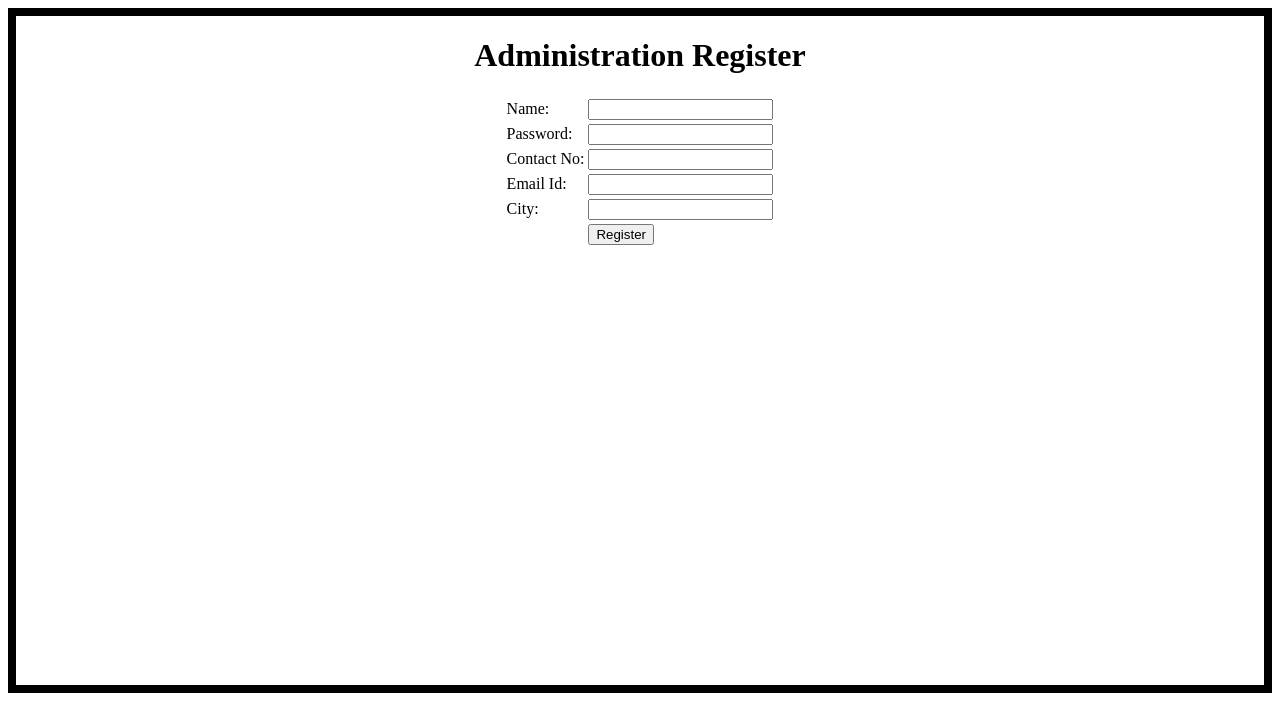
Repository: priyankagit8692/Phase_2_SimpliLearn-
Page: http://localhost/LearnerAcademyProject/AdminRegistration.jsp
These files come from the project's save history. The page is drawn as it stood at one moment and after the next save; the edit follows.
The browser window is 1280 px wide. The pictures show the whole page.
The page is served by Tomcat 9.

Above is the page before, as saved 2021-03-20 06:44:30.

After the next save:
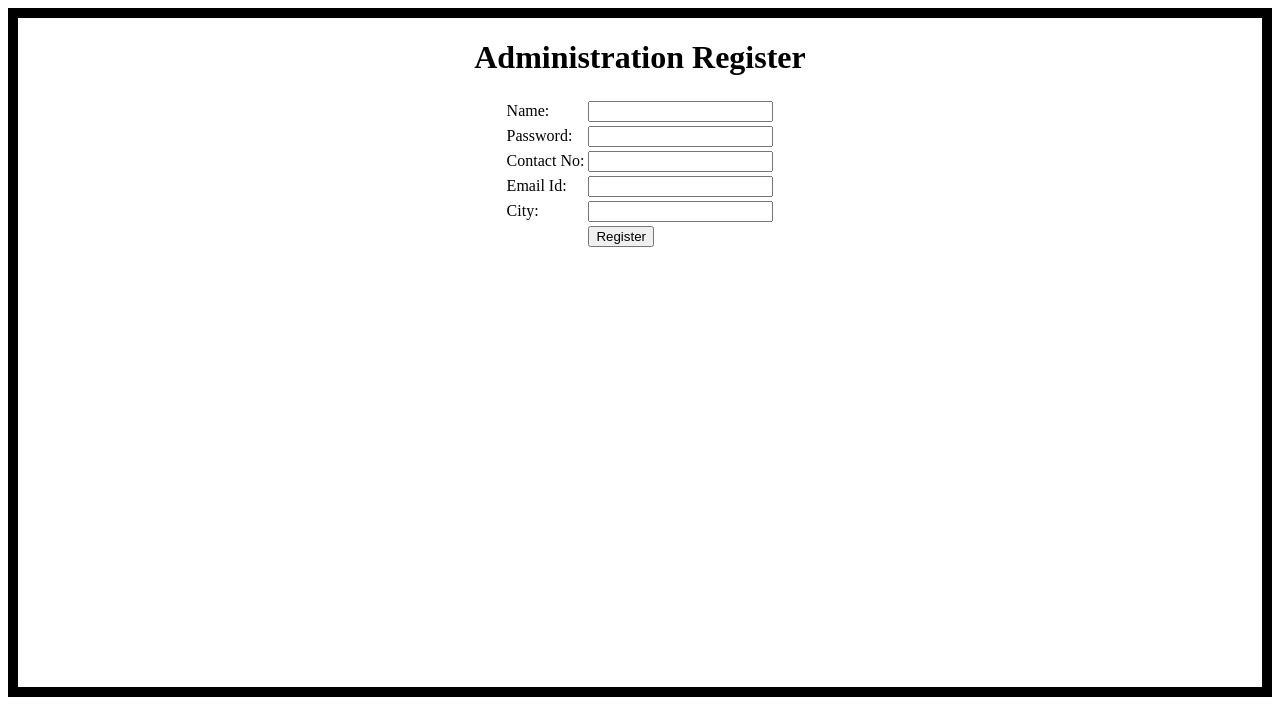
Saved 6 s later.
--- a/FinalProjectPhase2/LearnerAcademyProject/WebContent/AdminRegistration.jsp
+++ b/FinalProjectPhase2/LearnerAcademyProject/WebContent/AdminRegistration.jsp
@@ -7,7 +7,7 @@
 </head>
 <body>
 
-	<div align='center' style='border: solid 8px black; height: 95%'>
+	<div align='center' style='border: solid 10px black; height: 95%'>
 	   <h1>Administration Register</h1>
 	   <form method="post" action="adminRegister">
 	   		<table>
